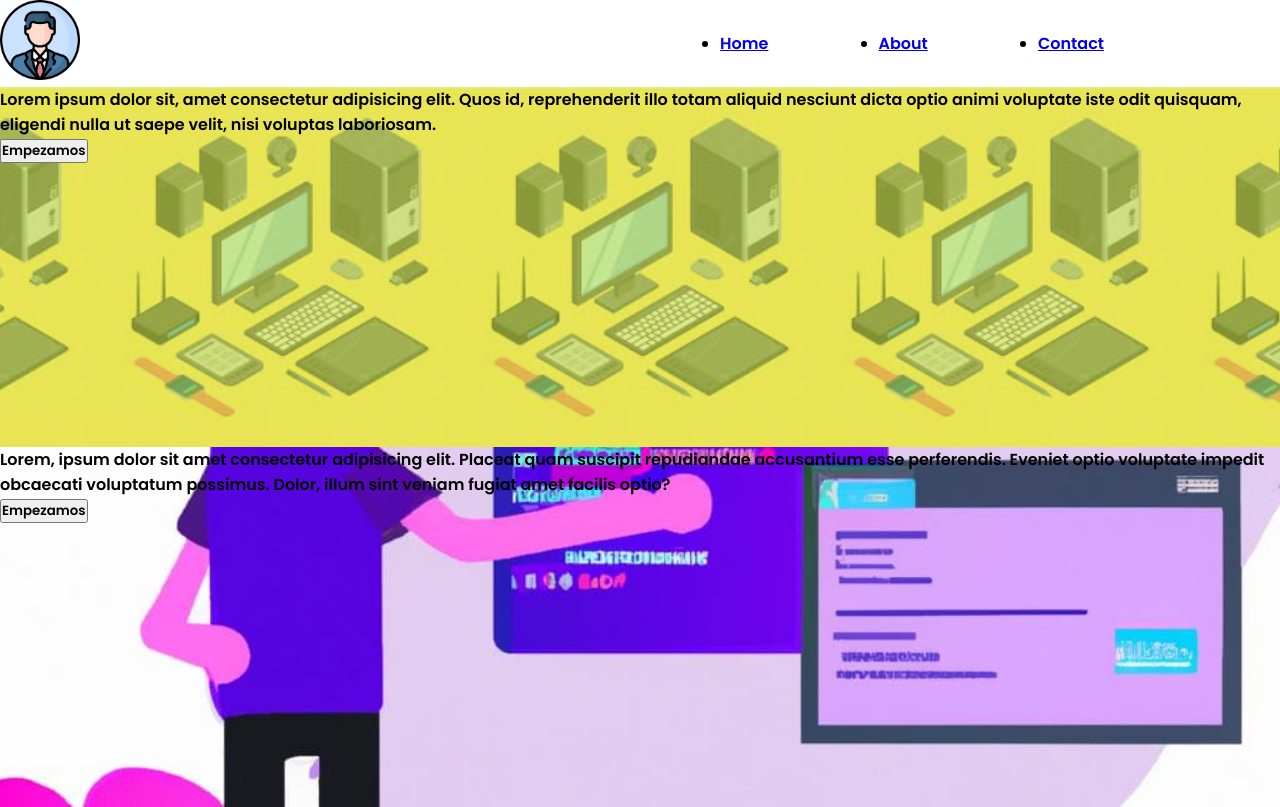
Repository: Sxcram02/projects
Page: screen-split/index.html
The author's editor kept a copy of each file at every save. The page is drawn from the files as they stood at one save, then again after a run of saves.
The browser window is 1280 px wide. The pictures show the whole page.

Above is the page before, as saved 2023-03-17 00:30:48.

After the next 3 saves:
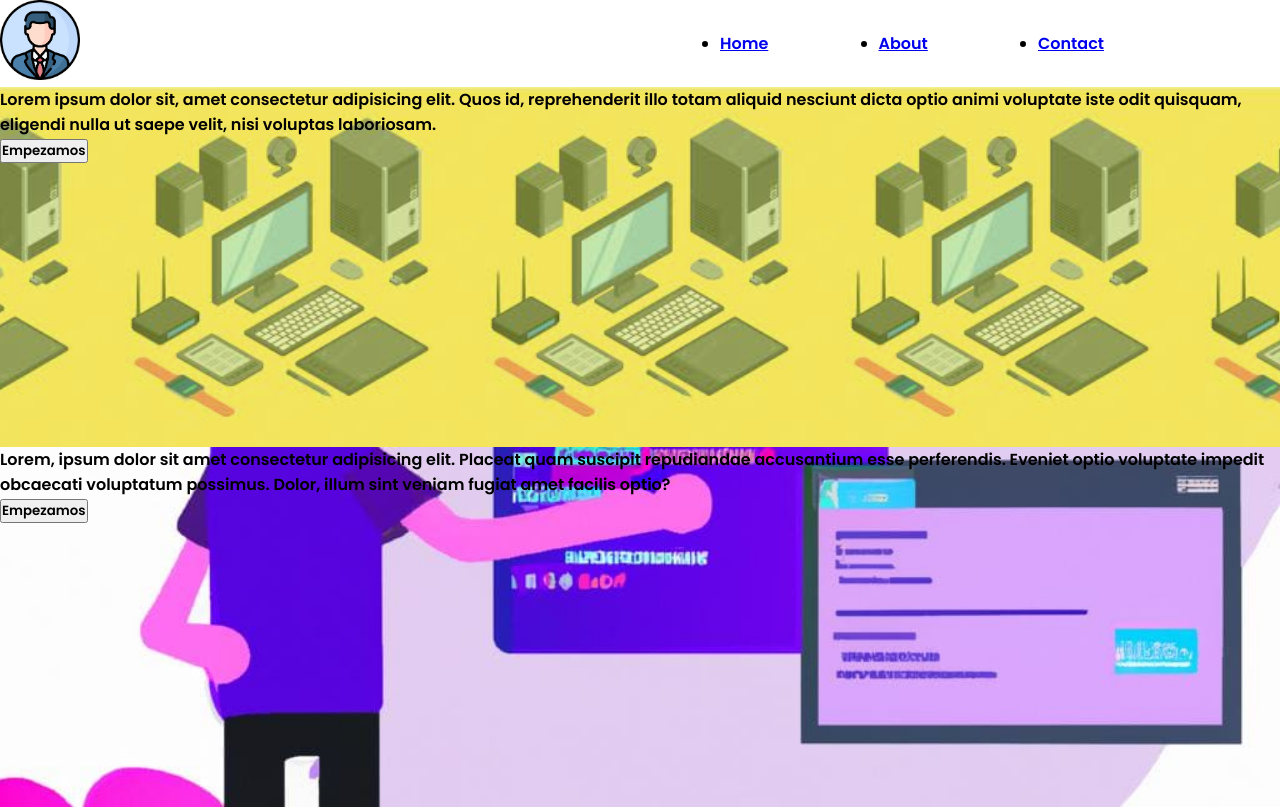
The 3 saves are shown as one change because they came seconds apart.
The last was saved 9 s later.
--- a/screen-split/style/index.css
+++ b/screen-split/style/index.css
@@ -52,7 +52,7 @@ aside {
 }
 
 .image-filterHard {
-    background-color: rgba(212, 243, 56, 0.508);
+    background-color: rgba(221, 255, 49, 0.342);
     height: 100%;
 }
 
